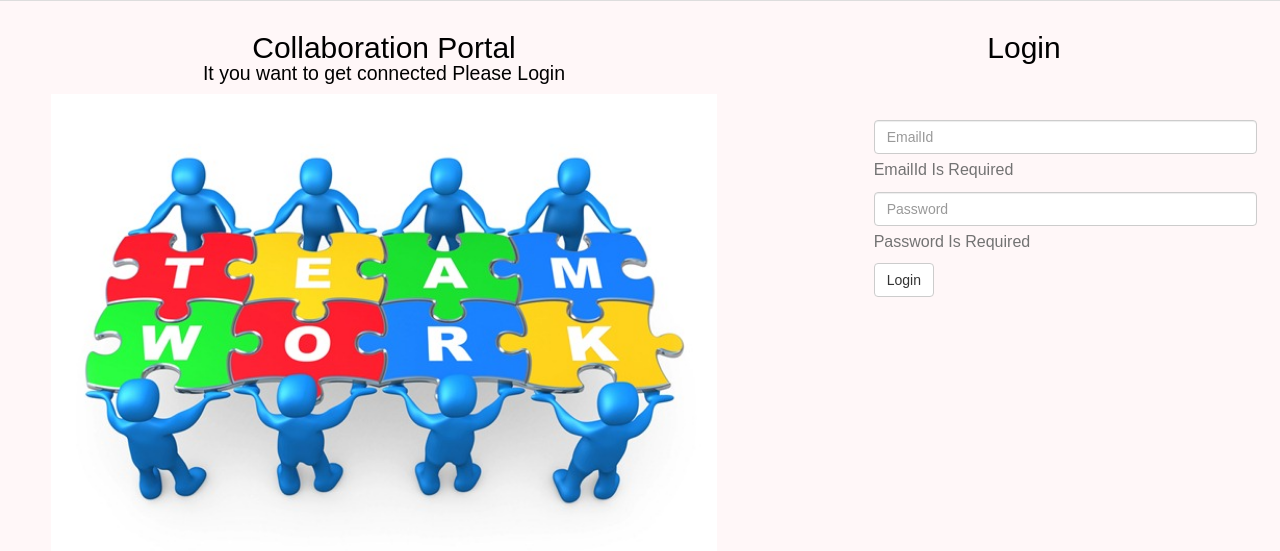
Repository: KaustubhKamat/CollaborationPlatform
Page: CollaborationFrontEnd/WebContent/c_user/login.html
These files come from the project's save history. The page is drawn as it stood at one moment and after the next save; the edit follows.
The browser window is 1280 px wide. The pictures show the whole page.
Some web libraries are served in a nearby version.

Above is the page before, as saved 2017-03-07 05:00:49.

### CollaborationFrontEnd/WebContent/c_user/login.html
<html>
<head>
<meta charset="ISO-8859-1">
<title>Insert title here</title>
<link rel="stylesheet"
	href="https://maxcdn.bootstrapcdn.com/bootstrap/3.3.7/css/bootstrap.min.css">
<script
	src="https://ajax.googleapis.com/ajax/libs/jquery/1.12.4/jquery.min.js"></script>
<link rel="stylesheet"
	href="https://maxcdn.bootstrapcdn.com/font-awesome/4.4.0/css/font-awesome.min.css">
<script
	src="https://maxcdn.bootstrapcdn.com/bootstrap/3.3.7/js/bootstrap.min.js"></script>

</head>
<body>

<head>


<style>
body {
	font-family: sans-serif;

}

form {
	margin: 25px auto;
	font-size: medium;
	padding: 10px 20px;
	border-radius: 10px;
	text-align: justify;
}

body {
	background-color:#FFF7F8;
}

h2 {
	text-align: center;
}

</style>
<meta http-equiv="Content-Type" content="text/html; charset=ISO-8859-1">
<title>Insert title here</title>
</head>

<body ng-app="">

<div ng-include="'../NavBar.html'"></div>

<div ng-controller="UserController as ctrl">

<table class="table" style=" background: linear-gradient(white, lightred);">
<tr>
<td width="60%" valign="top" style="padding-top: 10px">
<center> <h2 style="color:black;">Collaboration Portal <br><small style="color:black;">It you want to get connected Please Login</small> </h2></center>
<center><img src="resources/Images/login.jpg" height="500px"></center>
</td>
<td width="40%" style="padding-top: 10px">
<h2 style="color:black;">Login</h2>

<br>
<br>
		<div class="form-group" ng-class="{'has-error' : form.emailId.$dirty && form.emailId.$error.required}">
    <div class="col-sm-offset-2 col-sm-10">
      <input type="email" class="form-control" placeholder="EmailId" ng-model="ctrl.user.emailId" id="emailId" name="emailId" required>
      <span ng-show="form.emailId.$dirty && form.emailId.$error.required" class="help-block">EmailId Is Required</span>
    </div>
  </div>

  <div class="form-group" ng-class="{'has-error' : form.password.$dirty && form.password.$error.required}">
    <div class="col-sm-offset-2 col-sm-10">
      <input type="password" class="form-control" placeholder="Password" ng-model="ctrl.user.password" id="password" name="password" required>
       <span ng-show="form.password.$dirty && form.password.$error.required" class="help-block">Password Is Required</span>
    </div>
  </div>
		<div class="form-group">
			<div class="col-sm-offset-2 col-sm-10">
				<input type="hidden" name="${_csrf.parameterName}"
					value="${_csrf.token}">
				<button type="submit" class="btn btn-default">Login</button>
			</div>
		</div>

		</div>
	</form>
	</div>
</td>


<div ng-include="'Footer.html'"></div>

 </body>
 </html>

After the next save:
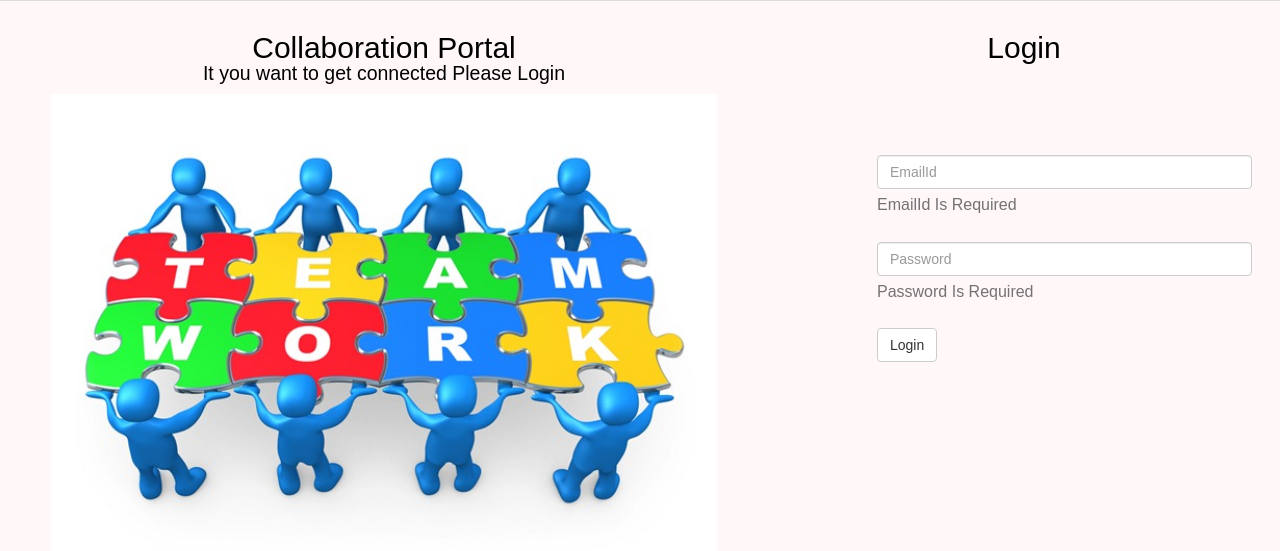
Saved 7 min 17 s later.
--- a/CollaborationFrontEnd/WebContent/c_user/login.html
+++ b/CollaborationFrontEnd/WebContent/c_user/login.html
@@ -61,6 +61,8 @@ h2 {
 
 <br>
 <br>
+
+<form class="form-horizontal" name="form" ng-submit="ctrl.login()" role="form">
 		<div class="form-group" ng-class="{'has-error' : form.emailId.$dirty && form.emailId.$error.required}">
     <div class="col-sm-offset-2 col-sm-10">
       <input type="email" class="form-control" placeholder="EmailId" ng-model="ctrl.user.emailId" id="emailId" name="emailId" required>
